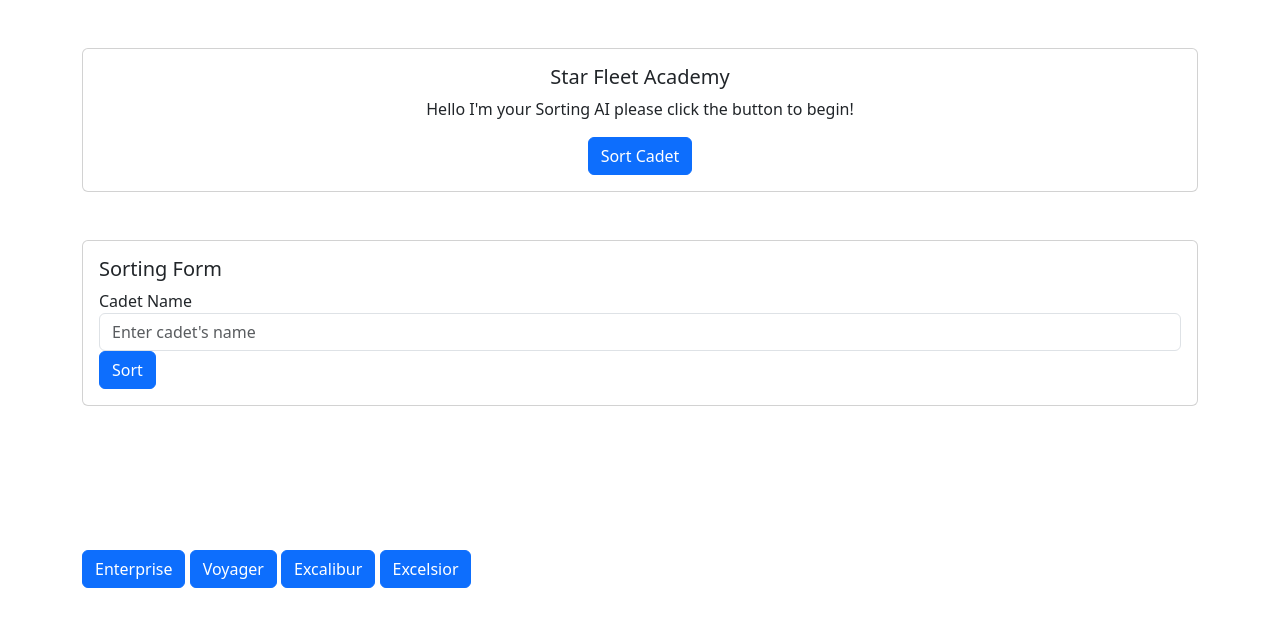
Repository: PaulPatterson48/ASSIGNMENT-StarFleet_academy
Page: index.html
An editor plug-in stored every save of this project. The page is shown before and after the next save, followed by the edit.
The browser window is 1280 px wide. The pictures show the whole page.
After loading, the first visible `#startSortingBtn` was clicked once.

Above is the page before, as saved 2023-08-07 03:04:23.

After the next save:
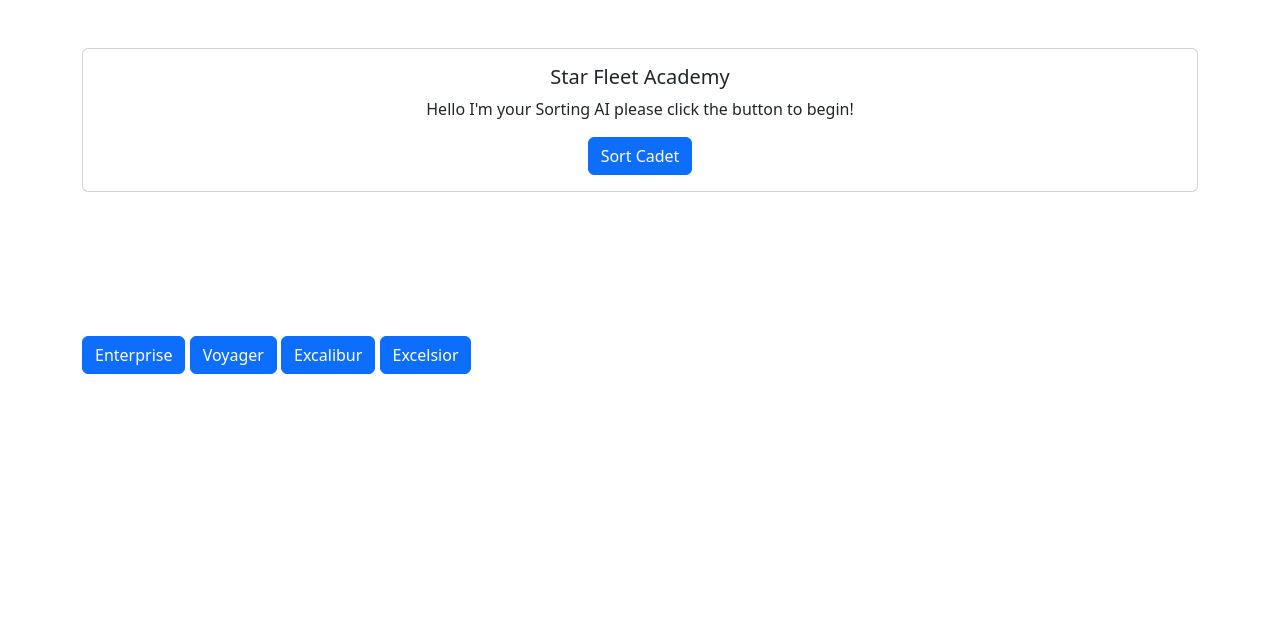
Saved 19 s later.
--- a/main.js
+++ b/main.js
@@ -77,7 +77,7 @@
 
 function startSorting() {
   document.getElementById('sortingHatCard').classList.add('containerId','text-center', 'mb-3');
-  document.getElementById('sortingForm').classList.remove('d-none');
+  //document.getElementById('sortingForm').classList.remove('d-none');
 }
 
 function shuffleShips() {

After the 4 saves that followed:
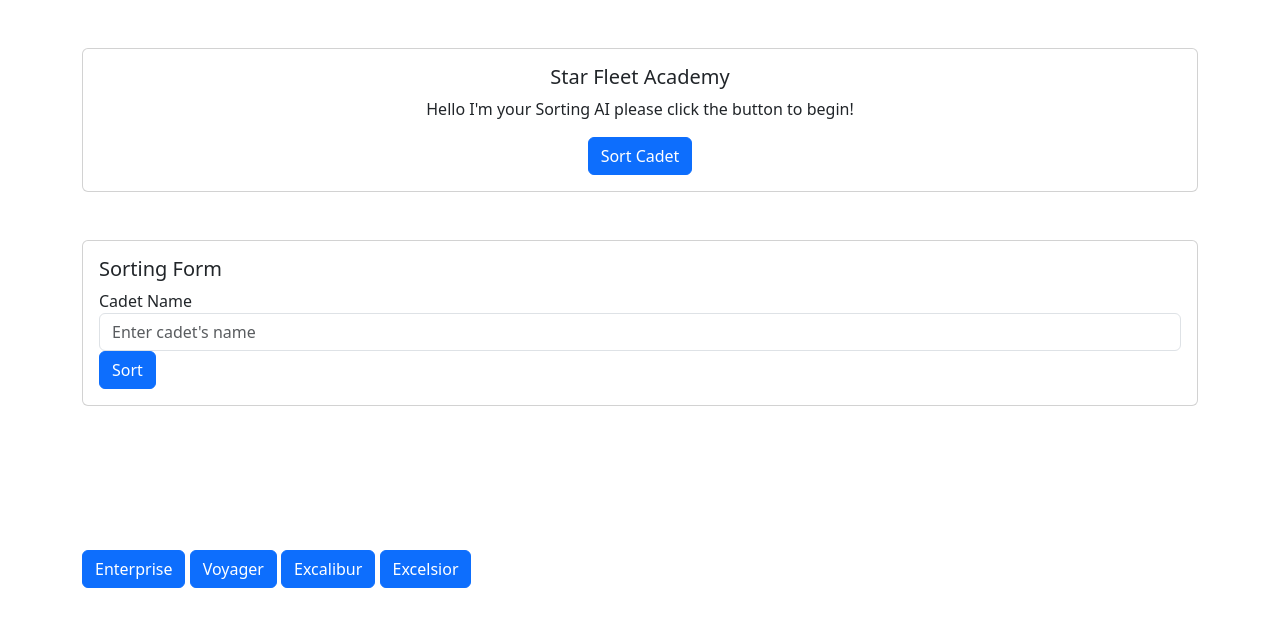
The 4 saves are shown as one change because 3 left the picture as it was.
The last was saved 2 min 14 s later.
--- a/main.js
+++ b/main.js
@@ -77,7 +77,7 @@
 
 function startSorting() {
   document.getElementById('sortingHatCard').classList.add('containerId','text-center', 'mb-3');
-  //document.getElementById('sortingForm').classList.remove('d-none');
+  document.getElementById('sortingForm').classList.remove('d-none');
 }
 
 function shuffleShips() {
